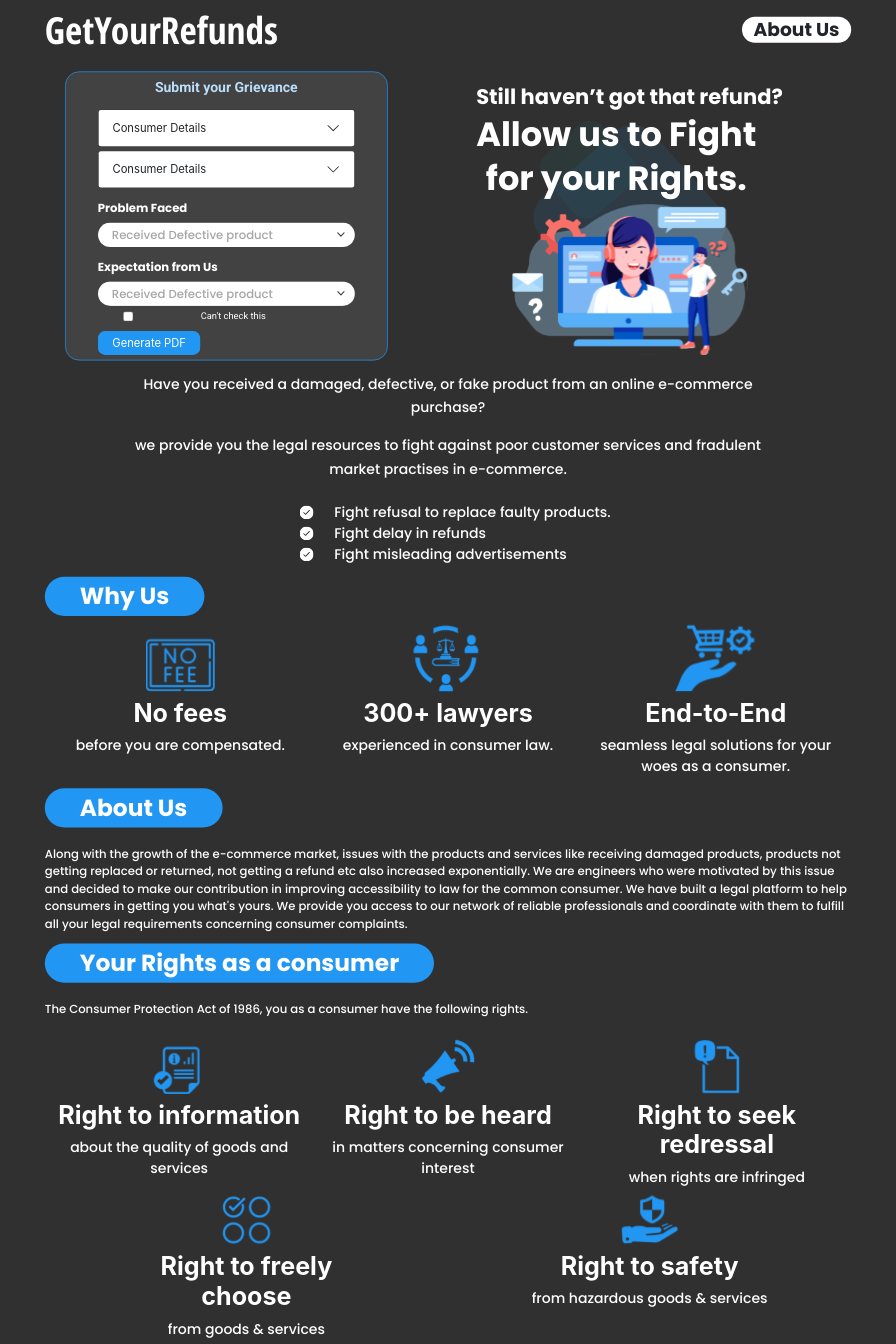
Repository: Eren00Yeager/initial-survey
Page: /consumer-complaints
An editor plug-in stored every save of this project. The page is shown before and after the next save, followed by the edit.
The browser window is 1280 px wide. The pictures show the part of the page from y = 0 to 1920 px (the page is 2633 px tall before and 2604 px after), at 70% of full size.
Some web fonts or font styles are not loaded; a fallback is used. The project was rebuilt for these pictures with package versions that can differ from the ones it lists, and the page was loaded fresh each time. The framework's server and built-in components were replaced by stand-ins that run in the browser. Also part of the build but not shown: next.config.js.

Above is the page before, as saved 2022-07-14 12:58:35.

After the next save:
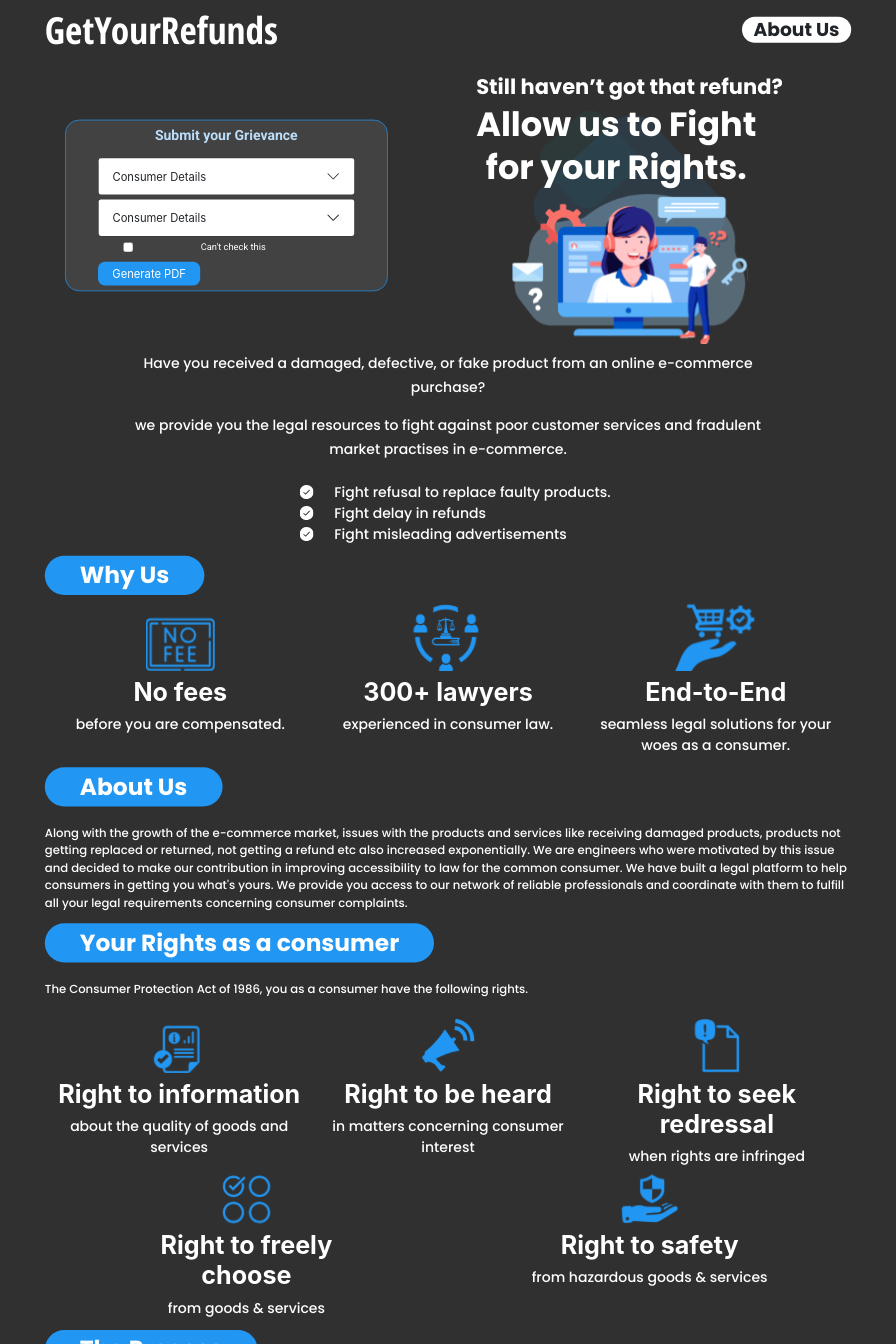
Saved 64 s later.
--- a/pages/consumer-complaints.jsx
+++ b/pages/consumer-complaints.jsx
@@ -149,30 +149,7 @@ export default function consumer() {
                     <Accordion.Item eventKey="0" style={{background:"#424242"}}>
                         <Accordion.Header>Consumer Details</Accordion.Header>
                         <Accordion.Body>
-                            <Form.Group className={consumerStyles.det}>
-                                <Form.Label className={consumerStyles.nam}>Name</Form.Label>
-                                <Form.Control className={consumerStyles.plc} type="text" placeholder="Name of consumer" />
-                            </Form.Group>
-
-                            <Form.Group className={consumerStyles.det} >
-                                <Form.Label className={consumerStyles.nam}>Mobile No.</Form.Label>
-                                <Form.Control className={consumerStyles.plc} type="Mobile No." pattern="[0-9]{10}" placeholder="Mobile No." onChange={(e) => setMobile(e.target.value)} />
-                            </Form.Group>
-
-                            <Form.Group className={consumerStyles.det} >
-                                <Form.Label className={consumerStyles.nam}>Email Id.</Form.Label>
-                                <Form.Control className={consumerStyles.plc} type="text" placeholder="Email Id." onChange={(e) => setMobile(e.target.value)} />
-                            </Form.Group>
-
-                            <Form.Group className={consumerStyles.det}>
-                                <Form.Label className={consumerStyles.nam}>Address of Consumer</Form.Label>
-                                <Form.Control className={consumerStyles.plc} placeholder="Address of Consumer" />
-                            </Form.Group>
-                        </Accordion.Body>
-                    </Accordion.Item>
-                </Accordion>
-
-                <Form.Group className={consumerStyles.det}>
+                        <Form.Group className={consumerStyles.det}>
                     <Form.Label className={consumerStyles.nam}>Problem Faced</Form.Label>
                     <Form.Select className={consumerStyles.plc}>
                         <option>Received Defective product</option>
@@ -188,6 +165,11 @@ export default function consumer() {
                         <option>Received Defective product</option>
                     </Form.Select>
                 </Form.Group>
+                        </Accordion.Body>
+                    </Accordion.Item>
+                </Accordion>
+
+
                 <Form.Group className={consumerStyles.terms} >
                     <Form.Check type="checkbox" label="Can't check this" />
 
